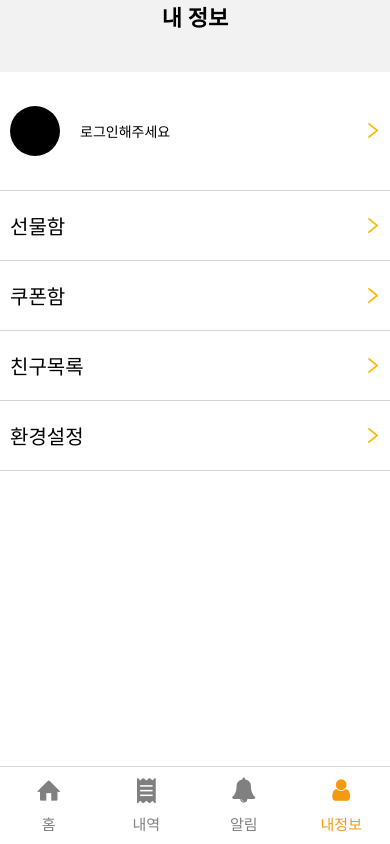
Repository: Unique0902/GachiDutch
Screen: /User
An editor plug-in stored every save of this project. The screen is shown before and after the next save, followed by the edit.
The app was drawn by React Native's web renderer in a window 390 px wide. The project was rebuilt for these pictures with package versions that can differ from the ones it lists, and the page was loaded fresh each time. Some packages were replaced by stand-ins written for this rebuild. Also part of the build but not shown: sources/components/lowBar/lowBar.jsx, sources/components/taxi/taxi.jsx, sources/components/alarm/alert.js, sources/components/alarm/alarm.jsx, sources/components/dutch_history/dutch_history.jsx, sources/components/dutchpay_historys/dutchpay_historys.jsx, sources/components/delivery_historys/delivery_historys.jsx, sources/components/taxi_historys/taxi_historys.jsx and 7 more.

Above is the screen before, as saved 2022-11-12 19:36:29.

### App.js
import React from 'react';
import { StyleSheet, Text, View, Image } from 'react-native';
import Home from './sources/components/home/home';
import { NavigationContainer } from '@react-navigation/native';
import { createNativeStackNavigator } from '@react-navigation/native-stack';
import Taxi from './sources/components/taxi/taxi';
import Main from './sources/routes/main/main';
import Login from './sources/routes/login/login';
import HttpClient from './sources/network/http.js';
import ReceiptService from './sources/services/receipt.js';
import Ready from './sources/components/ready/ready';
import Profile from './sources/components/profile/profile';
import Setting from './sources/components/setting/setting';
import ProfileAmend from './sources/components/profileAmend/profileAmend';
import UserService from './sources/services/user.js';
import Review from './sources/components/review/review';

const Stack = createNativeStackNavigator();
const baseURL = 'https://dutch-server.herokuapp.com';
const httpClient = new HttpClient(baseURL);
const receiptService = new ReceiptService(baseURL);
const userService = new UserService(baseURL);

export default function App() {
  return (
    <>
      <NavigationContainer>
        <Stack.Navigator screenOptions={{ headerShown: false }}>
          <Stack.Screen
            name='Main'
            children={({ navigation, route }) => (
              <Main
                receiptService={receiptService}
                navigation={navigation}
                route={route}
              />
            )}
          />
          <Stack.Screen name='Taxi' component={Taxi} />
          <Stack.Screen name='Login' component={Login} />
          <Stack.Screen name='Ready' component={Ready} />
          <Stack.Screen name='Profile' component={Profile} />
          <Stack.Screen name='Review' component={Review} />
          <Stack.Screen
            name='ProfileAmend'
            children={({ navigation, route }) => (
              <ProfileAmend
                userService={userService}
                navigation={navigation}
                route={route}
              />
            )}
          />
          <Stack.Screen name='Setting' component={Setting} />
        </Stack.Navigator>
      </NavigationContainer>
    </>
  );
}

const styles = StyleSheet.create({
  header: {
    flexDirection: 'row',
    alignItems: 'center',
    justifyContent: 'space-between',
    margin: 25,
  },
  main: {},
  container: {
    flex: 1,
    backgroundColor: '#fff',
    alignItems: 'center',
    justifyContent: 'center',
  },
  logo: {
    width: 150,
    height: 30,
  },
});

### sources/components/home/home.jsx
import React, { useRef, useState, useEffect } from 'react';
import {
  StyleSheet,
  Text,
  View,
  Image,
  Button,
  Pressable,
  ScrollView,
  Dimensions,
} from 'react-native';
import { Entypo } from '@expo/vector-icons';
import { FontAwesome } from '@expo/vector-icons';
import { FontAwesome5 } from '@expo/vector-icons';
import LowBar from '../lowBar/lowBar';
import { isLogin, getUid } from '../../services/asyncstorage';
import { StatusBar } from 'react-native';

const Home = ({ login, setLogin, navigation, setUserData, userData }) => {
  const [scrollNum, setScrollNum] = useState(1);
  const windowWidth = Dimensions.get('window').width;
  const statusBarHeight = StatusBar.currentHeight;
  const headerStyle = {
    marginTop: statusBarHeight,
  };
  let advertisementWidth = windowWidth - 40;
  const scrollWidth = parseInt(advertisementWidth);
  let scrollLeft = 0;

  const advertisementStyle = () => {
    return {
      width: advertisementWidth,
    };
  };
  const pageCircleStyle = (num) => {
    if (scrollNum === num) {
      return {
        color: '#FB9700',
      };
    } else {
      return {
        color: '#FFFDD1',
      };
    }
  };
  const scrollRef = useRef();
  return (
    <View style={[styles.home, headerStyle]}>
      <View style={styles.top}>
        <View style={styles.header}>
          <Image
            source={require('../../images/dutch_logo.png')}
            style={styles.logo}
          />
          <Pressable
            onPress={() => {
              navigation.navigate('Ready');
            }}
          >
            <Entypo name='menu' size={35} color='black' />
          </Pressable>
        </View>
        <View style={styles.mainTop}>
          {login ? (
            <View style={styles.onLogin}>
              <Text style={styles.onLoginText}>
                {userData && userData.name} 님 반가워요!
              </Text>
            </View>
          ) : (
            <View style={styles.login}>
              <View style={styles.loginTop}>
                <Pressable
                  style={styles.loginBtn}
                  onPress={() =>
                    navigation.navigate('Login', { setLogin, setUserData })
                  }
                >
                  <Text style={[styles.loginText, styles.loginBtnText]}>
                    로그인
                  </Text>
                </Pressable>
                <Text style={styles.loginText}>하시고</Text>
              </View>
              <Text style={styles.loginText}>다양한 혜택을 만나 보세요!</Text>
            </View>
          )}
          <View style={styles.advertisementBox}>
            <ScrollView
              horizontal
              pagingEnabled
              contentContainerStyle={styles.advertisementScroll}
              ref={scrollRef}
              onScroll={(e) => {
                scrollLeft = parseInt(e.nativeEvent.contentOffset.x);
                if (scrollLeft % scrollWidth < 10) {
                  setScrollNum(parseInt(scrollLeft / scrollWidth + 1));
                }
              }}
              scrollEventThrottle={100}
              showsHorizontalScrollIndicator={false}
            >
              <Pressable
                style={[styles.advertisement, advertisementStyle()]}
                onPress={() => {
                  navigation.navigate('Ready');
                }}
              >
                <Image
                  source={require('../../images/advertisement_img.png')}
                  style={styles.advertisementImg}
                />
                <Text style={styles.advertisementText}>
                  같이 더치로{'\n'}편리하게 이용하세요
                </Text>
              </Pressable>
              <Pressable
                style={[styles.advertisement, advertisementStyle()]}
                onPress={() => {
                  navigation.navigate('Ready');
                }}
              >
                <Image
                  source={require('../../images/advertisement_img.png')}
                  style={styles.advertisementImg}
                />
                <Text style={styles.advertisementText}>
                  같이 더치로{'\n'}편리하게 이용하세요
                </Text>
              </Pressable>
              <Pressable
                style={[styles.advertisement, advertisementStyle()]}
                onPress={() => {
                  navigation.navigate('Ready');
                }}
              >
                <Image
                  source={require('../../images/advertisement_img.png')}
                  style={styles.advertisementImg}
                />
                <Text style={styles.advertisementText}>
                  같이 더치로{'\n'}편리하게 이용하세요
                </Text>
              </Pressable>
              <Pressable
                style={[styles.advertisement, advertisementStyle()]}
                onPress={() => {
                  navigation.navigate('Ready');
                }}
              >
                <Image
                  source={require('../../images/advertisement_img.png')}
                  style={styles.advertisementImg}
                />
                <Text style={styles.advertisementText}>
                  같이 더치로{'\n'}편리하게 이용하세요
                </Text>
              </Pressable>
            </ScrollView>
            <View style={styles.pageCircles}>
              <FontAwesome
                style={[styles.pageCircle, pageCircleStyle(1)]}
                name='circle'
                size={10}
                color='white'
              />
              <FontAwesome
                style={[styles.pageCircle, pageCircleStyle(2)]}
                name='circle'
                size={10}
                color='white'
              />
              <FontAwesome
                style={[styles.pageCircle, pageCircleStyle(3)]}
                name='circle'
                size={10}
                color='white'
              />
              <FontAwesome
                style={[styles.pageCircle, pageCircleStyle(4)]}
                name='circle'
                size={10}
                color='white'
              />
            </View>
          </View>
        </View>
      </View>
      <Pressable
        style={styles.event}
        onPress={() => {
          navigation.navigate('Ready');
        }}
      >
        <View>
          <Text style={[styles.eventText, { fontSize: 20 }]}>
            이벤트 {'   '}|
          </Text>
        </View>
        <Text style={[styles.eventText, { fontSize: 15, marginLeft: 20 }]}>
          같이더치 월 결제로 10% 할인받자!
        </Text>
        <Text style={[styles.eventText, { fontSize: 20, marginLeft: 20 }]}>
          {'>'}
        </Text>
      </Pressable>

      <View style={styles.mainBottom}>
        <View style={styles.categories}>
          <View style={styles.topBtns}>
            <View style={styles.btnShadow}>
              <Pressable
                style={styles.goodsBtn}
                onPress={() => {
                  if (login) {
                    navigation.navigate('Taxi', { userData });
                  } else {
                    navigation.navigate('Login', { setLogin, setUserData });
                  }
                }}
              >
                <Image
                  source={require('../../images/taxi_img.png')}
                  style={styles.taxiImg}
                />
                <Text style={[styles.goodText, { marginTop: 20 }]}>택시</Text>
              </Pressable>
            </View>
            <View style={styles.btnShadow}>
              <Pressable
                style={styles.goodsBtn}
                onPress={() => {
                  navigation.navigate('Ready');
                }}
              >
                <Image
                  source={require('../../images/delivery_img.png')}
                  style={styles.taxiImg}
                />
                <Text style={[styles.goodText, { marginTop: 20 }]}>배달</Text>
              </Pressable>
            </View>
          </View>
          <View style={styles.downBtns}>
            <View style={styles.btnShadow}>
              <Pressable
                style={styles.downGoodsBtn}
                onPress={() => {
                  navigation.navigate('Ready');
                }}
              >
                <Image
                  source={require('../../images/taxi_human_img.png')}
                  style={styles.peopleImg}
                />
                <Text
                  style={[styles.goodText, { marginRight: 20, marginLeft: 20 }]}
                >
                  지인끼리
                </Text>
                <Image
                  source={require('../../images/location_img.png')}
                  style={styles.peopleImg}
                />
              </Pressable>
            </View>
          </View>
        </View>
      </View>
    </View>
  );
};

export default Home;

const styles = StyleSheet.create({
  home: {
    flex: 1,
    flexDirection: 'column',
  },
  loginText: {
    paddingVertical: 5,
  },
  header: {
    flexDirection: 'row',
    alignItems: 'center',
    justifyContent: 'space-between',
    margin: 0,
    flex: 1,
  },
  mainTop: {
    flex: 6,
  },
  top: {
    flex: 6,
    padding: 20,
  },
  loginBtn: {},
  login: {
    flex: 2,
    marginTop: 15,
  },
  onLogin: {
    flex: 2,
    marginTop: 15,
  },
  onLoginText: {
    marginTop: 10,
    fontSize: 25,
    fontWeight: '600',
    color: '#444444',
  },
  loginTop: {
    flexDirection: 'row',
    alignItems: 'center',
  },
  loginText: {
    fontSize: 18,
    color: '#444444',
  },
  loginBtnText: {
    color: '#F39910',
    textDecorationLine: 'underline',
    textDecorationStyle: 'solid',
    textDecorationColor: '#000',
  },
  mainBottom: {
    flex: 6,
    padding: 15,
  },
  advertisementScroll: {
    borderRadius: 15,
    position: 'relative',
  },
  advertisementBox: {
    flex: 4,
  },
  advertisement: {
    backgroundColor: '#FBBA00',
    borderRadius: 15,
    position: 'relative',
  },
  advertisementText: {
    color: 'white',
    fontSize: 20,
    fontWeight: '800',
    marginLeft: 30,
    marginTop: 25,
  },
  advertisementImg: {
    width: '100%',
    height: '87%',
    position: 'absolute',
    borderRadius: 20,
    bottom: 0,
  },
  pageCircles: {
    flexDirection: 'row',
    position: 'absolute',
    alignItems: 'center',
    bottom: 4,
    left: 140,
  },
  pageCircle: {
    marginLeft: 3,
    marginRight: 3,
  },
  event: {
    flex: 1,
    backgroundColor: '#3C4451',
    flexDirection: 'row',
    justifyContent: 'center',
    alignItems: 'center',
  },
  categories: {
    flex: 1,
  },
  topBtns: {
    flexDirection: 'row',
    flex: 3,
  },
  downBtns: {
    flex: 2,
  },
  goodsBtn: {
    borderRadius: 20,
    backgroundColor: 'white',
    width: '100%',
    height: '100%',
    alignItems: 'center',
    justifyContent: 'center',
  },
  downGoodsBtn: {
    borderRadius: 20,
    backgroundColor: 'white',
    width: '100%',
    height: '100%',
    flexDirection: 'row',
    justifyContent: 'center',
    alignItems: 'center',
  },
  goodText: {
    fontSize: 20,
    fontWeight: '600',
  },
  btnShadow: {
    flex: 1,
    shadowOffset: {
      width: 0,
      height: 1,
    },
    shadowOpacity: 0.18,
    borderRadius: 20,
    shadowRadius: 1.0,
    elevation: 1,
    margin: 5,
  },
  eventText: {
    color: 'white',
  },
  taxiImg: {
    width: 90,
    height: 90,
  },
  peopleImg: {
    width: 60,
    height: 67,
  },
  logo: {
    width: 150,
    height: 30,
  },
});

### sources/routes/main/main.jsx
import React, { useEffect, useRef, useState } from 'react';
import { View, Button, Text } from 'react-native';
import Home from '../../components/home/home';
import LowBar from '../../components/lowBar/lowBar';
import User from '../../components/user/user';
import Alarm from '../../components/alarm/alarm';
import Receipt from '../../components/receipt/receipt';
import { createBottomTabNavigator } from '@react-navigation/bottom-tabs';
import { Entypo } from '@expo/vector-icons';
import { FontAwesome } from '@expo/vector-icons';
import { FontAwesome5 } from '@expo/vector-icons';
import { isLogin, matchUserData } from '../../services/asyncstorage';

const Tab = createBottomTabNavigator();

const Main = ({ receiptService, navigation, route }) => {
  const [login, setLogin] = useState(false);
  const [userData, setUserData] = useState(null);
  useEffect(() => {
    isLogin().then((result) => {
      if (result) {
        setLogin(true);
        console.log('로그인 되어있음!');
        matchUserData(setUserData);
      } else {
        setLogin(false);
        console.log('로그인 안되어있음!');
      }
    });
  }, [login]);
  return (
    <>
      <View style={{ flex: 14 }}>
        <Tab.Navigator
          screenOptions={({ route }) => ({
            tabBarIcon: ({ color, size }) => {
              if (route.name === 'Home') {
                return <Entypo name='home' size={size} color={color} />;
              } else if (route.name === 'Receipt') {
                return (
                  <FontAwesome5 name='receipt' size={size} color={color} />
                );
              } else if (route.name === 'Alarm') {
                return <FontAwesome name='bell' size={size} color={color} />;
              } else if (route.name === 'User') {
                return <FontAwesome name='user' size={size} color={color} />;
              }
            },
            tabBarStyle: { flex: 0.1 },
            tabBarLabelStyle: {
              fontSize: 15,
              marginBottom: 10,
              fontWeight: '500',
            },
            tabBarActiveTintColor: '#F49A11',
            tabBarInactiveTintColor: 'gray',
            headerShown: false,
          })}
        >
          <Tab.Screen
            name='Home'
            options={({ route, navigation }) => {
              return { tabBarLabel: '홈' };
            }}
            children={({ navigation }) => (
              <Home
                login={login}
                setLogin={setLogin}
                navigation={navigation}
                setUserData={setUserData}
                userData={userData}
              />
            )}
          />
          <Tab.Screen
            name='Receipt'
            options={({ route, navigation }) => {
              return { tabBarLabel: '내역' };
            }}
            children={({ navigation, route }) => (
              <Receipt
                login={login}
                navigation={navigation}
                receiptService={receiptService}
                userData={userData}
                route={route}
              />
            )}
          />
          <Tab.Screen
            options={({ route, navigation }) => {
              return { tabBarLabel: '알림' };
            }}
            name='Alarm'
            children={({ navigation }) => (
              <Alarm login={login} navigation={navigation} />
            )}
          />
          <Tab.Screen
            options={({ route, navigation }) => {
              return { tabBarLabel: '내정보' };
            }}
            name='User'
            children={({ navigation }) => (
              <User
                login={login}
                setLogin={setLogin}
                navigation={navigation}
                setUserData={setUserData}
                userData={userData}
              />
            )}
          />
        </Tab.Navigator>
      </View>
    </>
  );
};

export default Main;

### sources/network/http.js
export default class HttpClient {
  constructor(baseURL) {
    this.baseURL = baseURL;
  }

  async fetch(url, options) {
    const res = await fetch(`${this.baseURL}${url}`, {
      ...options,
      headers: {
        'Content-Type': 'application/json',
        ...options.headers,
      },
    });
    let data;
    try {
      data = await res.json();
    } catch (error) {
      console.error(error);
    }

    if (res.status > 299 || res.status < 200) {
      const message =
        data && data.message ? data.message : 'Something went wrong! 🤪';
      const error = new Error(message);
      throw error;
    }
    return data;
  }
}

### sources/services/receipt.js
export default class ReceiptService {
  constructor(http) {
    this.http = http;
  }

  getTexiHistorys = async (userId) => {
    return await fetch(`${this.http}/receipt/all/${userId}`, {
      method: 'GET',
    });
  };
}

### sources/services/user.js
export default class UserService {
  constructor(http) {
    this.http = http;
  }
  updateName = async (uid, name) => {
    return await fetch(`${this.http}/auth/updatename`, {
      method: 'POST',
      headers: {
        Accept: 'application/json',
        'Content-Type': 'application/json',
      },
      body: JSON.stringify({ uid, name }),
    });
  };
}

### sources/services/asyncstorage.js
import AsyncStorage from '@react-native-async-storage/async-storage';

export const isLogin = async () => {
  try {
    const loginDatas = await AsyncStorage.getItem('loginDatas');
    console.log(loginDatas);
    if (loginDatas) {
      return true;
    } else {
      return false;
    }
  } catch (e) {
    console.error(e);
  }
};

export const logout = async () => {
  try {
    await AsyncStorage.removeItem('loginDatas');
  } catch (error) {
    console.error(error);
  }
};

export const getRefreshToken = async () => {
  try {
    const loginDatas = await AsyncStorage.getItem('loginDatas');
    if (loginDatas) {
      return JSON.parse(loginDatas).refreshToken;
    }
  } catch (e) {
    console.error(e);
  }
};

export const getUid = async () => {
  try {
    const loginDatas = await AsyncStorage.getItem('loginDatas');
    if (loginDatas) {
      return JSON.parse(loginDatas).uid;
    }
  } catch (e) {
    console.error(e);
  }
};

export const updateName = async (name, onUpdate) => {
  try {
    const loginDatas = await AsyncStorage.getItem('loginDatas');
    if (loginDatas) {
      const fdata = JSON.parse(loginDatas);
      fdata.name = name;
      const data = JSON.stringify(fdata);
      await AsyncStorage.setItem('loginDatas', data);
      onUpdate(fdata);
    }
  } catch (e) {
    console.error(e);
  }
};

export const matchUserData = async (setUserData) => {
  try {
    const loginDatas = await AsyncStorage.getItem('loginDatas');
    if (loginDatas) {
      return setUserData(JSON.parse(loginDatas));
    }
  } catch (e) {
    console.error(e);
  }
};

### sources/components/user/user.jsx
import React, { useEffect, useRef, useState } from 'react';
import { StatusBar } from 'react-native';
import {
  StyleSheet,
  Text,
  View,
  Pressable,
  ScrollView,
  Image,
} from 'react-native';
import { AntDesign } from '@expo/vector-icons';
import { isLogin, logout } from '../../services/asyncstorage';

export default function User({
  login,
  setLogin,
  navigation,
  setUserData,
  userData,
}) {
  const statusBarHeight = StatusBar.currentHeight;
  const headerStyle = {
    marginTop: statusBarHeight + 20,
  };
  const onProfilePress = () => {
    console.log('profile pressed');
  };
  const onProfileInfoPress = () => {
    if (login) {
    } else {
      navigation.navigate('Login', { setLogin: setLogin });
    }
  };
  useEffect(() => {
    console.log(login);
  }, []);
  return (
    <View style={[styles.container, headerStyle]}>
      <View style={[styles.header]}>
        <Text style={styles.headerText}>내 정보</Text>
      </View>
      <Pressable
        style={styles.profileBtn}
        onPress={() => {
          navigation.navigate('Profile', { userData, setUserData });
        }}
      >
        <View onPress={onProfilePress}>
          <Image style={styles.profileImage} />
        </View>
        <View style={styles.profileName}>
          {login ? (
            <>
              <Text style={styles.nameText}>{userData && userData.name}</Text>
            </>
          ) : (
            <>
              <Text>로그인해주세요</Text>
            </>
          )}
        </View>
        <AntDesign style={styles.enter} name='right' size={20} />
      </Pressable>
      <View style={styles.menus}>
        <ScrollView>
          <Pressable
            style={styles.enterMenu}
            onPress={() => {
              navigation.navigate('Ready');
            }}
          >
            <Text style={styles.menuText}>선물함</Text>
            <AntDesign style={styles.enter} name='right' size={20} />
          </Pressable>
          <Pressable
            style={styles.enterMenu}
            onPress={() => {
              navigation.navigate('Ready');
            }}
          >
            <Text style={styles.menuText}>쿠폰함</Text>
            <AntDesign style={styles.enter} name='right' size={20} />
          </Pressable>
          <Pressable
            style={styles.enterMenu}
            onPress={() => {
              navigation.navigate('Ready');
            }}
          >
            <Text style={styles.menuText}>친구목록</Text>
            <AntDesign style={styles.enter} name='right' size={20} />
          </Pressable>
          <Pressable
            style={styles.enterMenu}
            onPress={() => {
              navigation.navigate('Setting', { setUserData, setLogin, login });
            }}
          >
            <Text style={styles.menuText}>환경설정</Text>
            <AntDesign style={styles.enter} name='right' size={20} />
          </Pressable>
        </ScrollView>
      </View>
    </View>
    //내정보
  );
}

const styles = StyleSheet.create({
  container: {
    flex: 1,
  },
  header: {
    flex: 1,
  },
  headerText: {
    fontSize: 22,
    fontWeight: '600',
    alignSelf: 'center',
  },
  enterMenu: {
    justifyContent: 'space-between',
    alignItems: 'center',
    flexDirection: 'row',
    padding: 20,
    paddingHorizontal: 10,
    borderBottomColor: 'lightgray',
    borderBottomWidth: 1,
    borderStyle: 'solid',
  },
  menus: {
    flex: 8,
    backgroundColor: 'white',
  },
  menuText: {
    fontSize: 20,
    fontWeight: '500',
  },
  nameText: {
    fontSize: 20,
    fontWeight: '500',
  },
  profileImage: {
    width: 50,
    height: 50,
    borderRadius: 100,
    backgroundColor: 'black',
  },
  infoArea: {
    flexDirection: 'column',
  },
  infoText: {
    fontSize: 24,
    fontWeight: '500',
  },
  profileBtn: {
    flex: 1.5,
    padding: 5,
    paddingHorizontal: 10,
    flexDirection: 'row',
    alignItems: 'center',
    backgroundColor: 'white',
    borderBottomColor: 'lightgray',
    borderBottomWidth: 1,
    borderStyle: 'solid',
  },
  logoutText: {
    fontSize: 20,
    fontWeight: '500',
    color: 'red',
  },
  profileName: {
    marginLeft: 20,
  },
  enter: {
    position: 'absolute',
    right: 7,
    color: '#FBBA00',
  },
});

Loaded but not shown: index.js (common file)

After the next save:
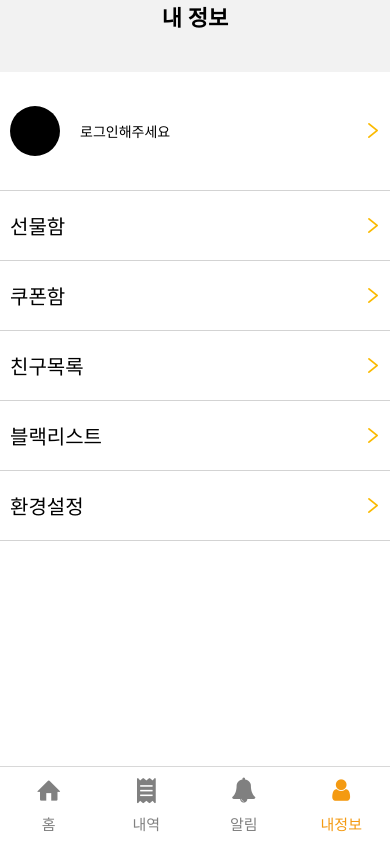
Saved 3 min 9 s later.
--- a/sources/components/user/user.jsx
+++ b/sources/components/user/user.jsx
@@ -93,6 +93,15 @@ export default function User({
           <Pressable
             style={styles.enterMenu}
             onPress={() => {
+              navigation.navigate('Ready');
+            }}
+          >
+            <Text style={styles.menuText}>블랙리스트</Text>
+            <AntDesign style={styles.enter} name='right' size={20} />
+          </Pressable>
+          <Pressable
+            style={styles.enterMenu}
+            onPress={() => {
               navigation.navigate('Setting', { setUserData, setLogin, login });
             }}
           >
